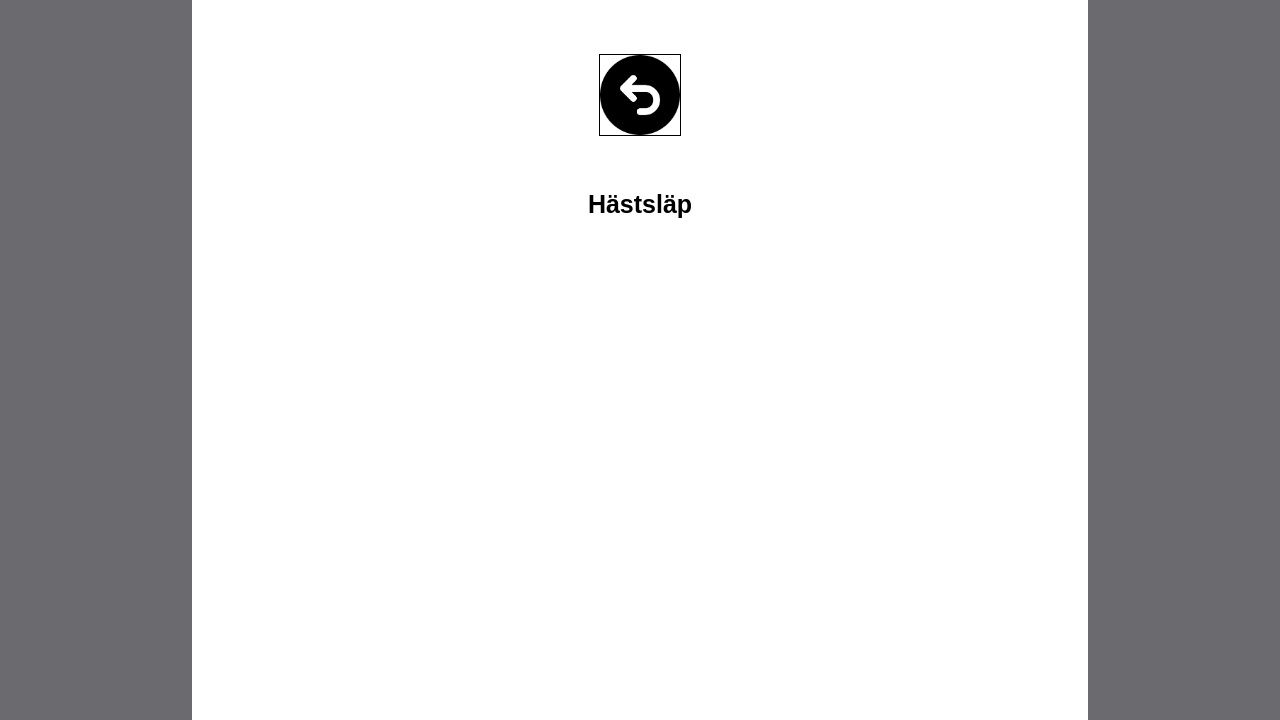
Repository: mirkbirki/mirkbirki.github.io
Page: hastslap.html
The author's editor kept a copy of each file at every save. The page is drawn from the files as they stood at one save, then again after the next save.
The browser window is 1280 px wide. The pictures show the whole page.

Above is the page before, as saved 2022-12-14 10:59:16.

After the next save:
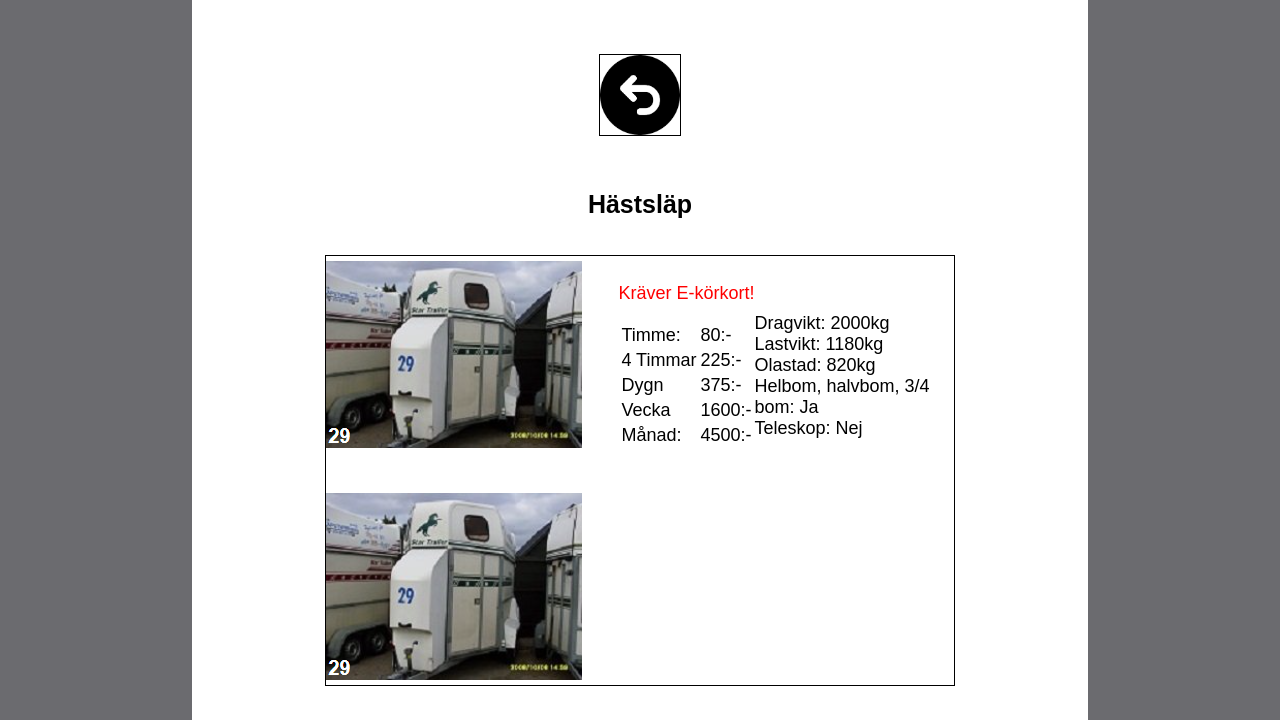
Saved 2 min 27 s later.
--- a/hastslap.html
+++ b/hastslap.html
@@ -15,10 +15,45 @@
         <h1>Hästsläp</h1>
         <div class="hastslap-grid">
             <div class="hastslap-1">
-                <img src="">
+                <img src="hastslap1.png">
             </div>
-            <div class="hastslap-1">
-                <img src="">
+            <div class="hastslap-2">
+                <p class="red">Kräver E-körkort!</p>
+                <table class="uthyrning-table">
+                    <tr class="slap">
+                        <td>Timme:</td>
+                        <td>80:-</td>
+                    </tr>
+                    <tr>
+                        <td>4 Timmar</td>
+                        <td>225:-</td>
+                    </tr>
+                    <tr>
+                        <td>Dygn</td>
+                        <td>375:-</td>
+                    </tr>
+                    <tr>
+                        <td>Vecka</td>
+                        <td>1600:-</td>
+                    </tr>
+                    <tr>
+                        <td>Månad:</td>
+                        <td>4500:-</td>
+                    </tr>
+                </table>
+            </div>
+            <div class="hastslap-3">
+                <p>&nbsp;</p>
+                <ul>
+                    <li>Dragvikt: 2000kg</li>
+                    <li>Lastvikt: 1180kg</li>
+                    <li>Olastad: 820kg</li>
+                    <li>Helbom, halvbom, 3/4 bom: Ja</li>
+                    <li>Teleskop: Nej</li>
+                </ul>
+            </div>
+            <div class="hastslap-4">
+                <img src="hastslap1.png">
             </div>
         </div>
     </div>
--- a/styles.css
+++ b/styles.css
@@ -181,7 +181,7 @@ main h2 {
 .hours {
 }
 
-table {
+.oppettider {
     width: 300px;
     height: 304px;
     border: 2px #24247c;
@@ -191,14 +191,14 @@ table {
     color: rgb(255, 255, 255);
 }
 
-th {
+.oppettider-th {
     padding-bottom: 1rem;
     font-size: 34px;
     letter-spacing: 0.1rem;
     text-shadow: 4px 3px 3px #000000;
 }
 
-tr, td {
+.oppettider-tr-td {
     font-size: 20px;
     font-weight: bold;
     letter-spacing: 0.05rem;
@@ -311,4 +311,47 @@ tr, td {
 
 .hastslap-info h1 {
     font-size: 25px;
-}
+    margin-bottom: 2rem;
+}
+
+.hastslap-grid {
+    display: grid;
+    grid-template-columns: auto auto auto;
+    gap: 2rem;
+    margin: 0 auto 1.5rem auto;
+    padding: 0;
+    width: 70%;
+    align-items: center;
+    border: 1px solid black;
+}
+
+.hastslap-1 {
+}
+
+.hastslap-1 img {
+    width: 100%;
+}
+
+.red {
+    color: red;
+}
+
+.hastslap-2 {
+    text-align: left;
+    width: fit-content;
+}
+
+.uthyrning-table {
+
+}
+
+.hastslap-3 {
+    width: fit-content;
+    margin-left: -2rem;
+}
+
+.hastslap-3 ul {
+    list-style-type: none;
+    padding-left: 0;
+    text-align: left;;
+}
